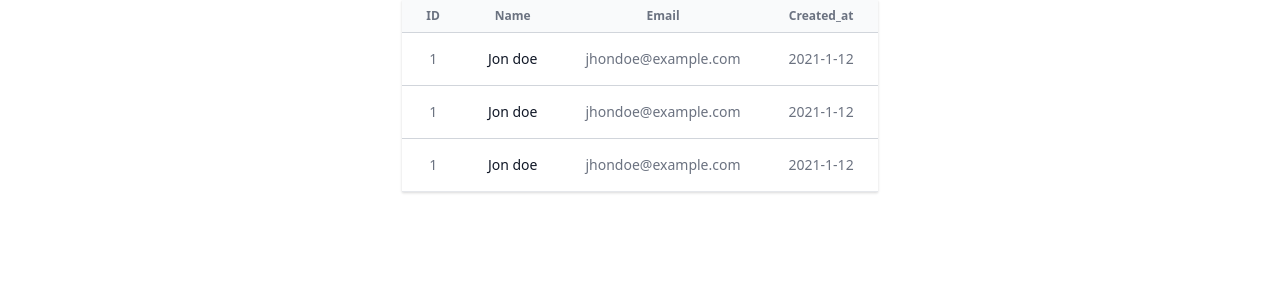
Repository: maikeru-desu/parking-lot
Page: / (app in parking-lot-fe/)
An editor plug-in stored every save of this project. The page is shown before and after a run of saves, followed by the edit.
The browser window is 1280 px wide. The pictures show the whole page.
The project was rebuilt for these pictures with package versions that can differ from the ones it lists, and the page was loaded fresh each time. Also part of the build but not shown: parking-lot-fe/craco.config.js.

Above is the page before, as saved 2021-10-13 23:37:32.

### parking-lot-fe/src/index.js
import React from 'react';
import ReactDOM from 'react-dom';
import './index.css';
import App from './App';
import {Provider} from "react-redux";
import {BrowserRouter} from "react-router-dom";
import reportWebVitals from './reportWebVitals';
import store from './redux/store';

ReactDOM.render(
    <React.StrictMode>
        <BrowserRouter>
            <Provider store={store}>
                <App />
            </Provider>
        </BrowserRouter>
    </React.StrictMode>,
    document.getElementById('root')
);

// If you want to start measuring performance in your app, pass a function
// to log results (for example: reportWebVitals(console.log))
// or send to an analytics endpoint. Learn more: https://bit.ly/CRA-vitals
reportWebVitals();

### parking-lot-fe/src/App.js
import logo from './logo.svg';
import './App.css';
import {Switch, Route} from "react-router-dom";
import Home from './pages/Home';

function App() {
  return (
    <div className="App">
        <Switch>
            <Route exact path="/" component={Home} />
        </Switch>
    </div>
  );
}

export default App;

### parking-lot-fe/src/redux/store.js
import {createStore, applyMiddleware} from "redux";
import logger from "redux-logger";
import reduxThunk from "redux-thunk";
import rootReducer from "./root-reducer";

const middlewares = [reduxThunk];

if (process.env.NODE_ENV === "development") {
    middlewares.push(logger)
}

const store = createStore(rootReducer, applyMiddleware(...middlewares));

export default store;

### parking-lot-fe/src/pages/Home.js
import React from 'react'

const Home = () => {
    return (
        <div className="container flex justify-center mx-auto">
            <div className="flex flex-col">
                <div className="w-full">
                    <div className="border-b border-gray-200 shadow">
                        <table className="divide-y divide-gray-300 ">
                            <thead className="bg-gray-50">
                                <tr>
                                    <th className="px-6 py-2 text-xs text-gray-500">
                                        ID
                                    </th>
                                    <th className="px-6 py-2 text-xs text-gray-500">
                                        Name
                                    </th>
                                    <th className="px-6 py-2 text-xs text-gray-500">
                                        Email
                                    </th>
                                    <th className="px-6 py-2 text-xs text-gray-500">
                                        Created_at
                                    </th>
                                </tr>
                            </thead>
                            <tbody className="bg-white divide-y divide-gray-300">
                                <tr className="whitespace-nowrap">
                                    <td className="px-6 py-4 text-sm text-gray-500">
                                        1
                                    </td>
                                    <td className="px-6 py-4">
                                        <div className="text-sm text-gray-900">
                                            Jon doe
                                        </div>
                                    </td>
                                    <td className="px-6 py-4">
                                        <div className="text-sm text-gray-500">jhondoe@example.com</div>
                                    </td>
                                    <td className="px-6 py-4 text-sm text-gray-500">
                                        2021-1-12
                                    </td>
                                </tr>
                                <tr className="whitespace-nowrap">
                                    <td className="px-6 py-4 text-sm text-gray-500">
                                        1
                                    </td>
                                    <td className="px-6 py-4">
                                        <div className="text-sm text-gray-900">
                                            Jon doe
                                        </div>
                                    </td>
                                    <td className="px-6 py-4">
                                        <div className="text-sm text-gray-500">jhondoe@example.com</div>
                                    </td>
                                    <td className="px-6 py-4 text-sm text-gray-500">
                                        2021-1-12
                                    </td>
                                </tr>
                                <tr className="whitespace-nowrap">
                                    <td className="px-6 py-4 text-sm text-gray-500">
                                        1
                                    </td>
                                    <td className="px-6 py-4">
                                        <div className="text-sm text-gray-900">
                                            Jon doe
                                        </div>
                                    </td>
                                    <td className="px-6 py-4">
                                        <div className="text-sm text-gray-500">jhondoe@example.com</div>
                                    </td>
                                    <td className="px-6 py-4 text-sm text-gray-500">
                                        2021-1-12
                                    </td>
                                </tr>
                            </tbody>
                        </table>
                    </div>
                </div>
            </div>
        </div>
    )
}

export default Home

### parking-lot-fe/src/redux/root-reducer.js
import {combineReducers} from "redux";
import eventsReducers from "./reducer";

const rootReducer = combineReducers({
    events: eventsReducers
});

export default rootReducer;

### parking-lot-fe/src/redux/reducer.js
const initialState = {
    events: [],
    event: {},
    loading: false
}

const eventsReducers = (state = initialState, action) => {
    switch (action.type) {
        default:
            return state;
    }
}

export default eventsReducers;

Loaded but not shown: parking-lot-fe/src/index.css (common file); parking-lot-fe/src/reportWebVitals.js (common file); parking-lot-fe/src/App.css (common file); parking-lot-fe/tailwind.config.js (common file)

After the next 3 saves:
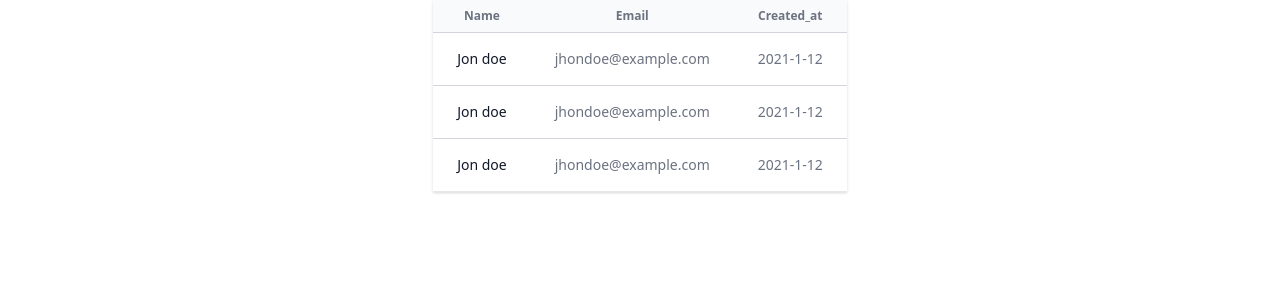
The 3 saves are shown as one change because they came seconds apart.
The last was saved 25 s later.
--- a/parking-lot-fe/src/pages/Home.js
+++ b/parking-lot-fe/src/pages/Home.js
@@ -9,9 +9,6 @@ const Home = () => {
                         <table className="divide-y divide-gray-300 ">
                             <thead className="bg-gray-50">
                                 <tr>
-                                    <th className="px-6 py-2 text-xs text-gray-500">
-                                        ID
-                                    </th>
                                     <th className="px-6 py-2 text-xs text-gray-500">
                                         Name
                                     </th>
@@ -25,9 +22,6 @@ const Home = () => {
                             </thead>
                             <tbody className="bg-white divide-y divide-gray-300">
                                 <tr className="whitespace-nowrap">
-                                    <td className="px-6 py-4 text-sm text-gray-500">
-                                        1
-                                    </td>
                                     <td className="px-6 py-4">
                                         <div className="text-sm text-gray-900">
                                             Jon doe
@@ -41,9 +35,6 @@ const Home = () => {
                                     </td>
                                 </tr>
                                 <tr className="whitespace-nowrap">
-                                    <td className="px-6 py-4 text-sm text-gray-500">
-                                        1
-                                    </td>
                                     <td className="px-6 py-4">
                                         <div className="text-sm text-gray-900">
                                             Jon doe
@@ -57,9 +48,6 @@ const Home = () => {
                                     </td>
                                 </tr>
                                 <tr className="whitespace-nowrap">
-                                    <td className="px-6 py-4 text-sm text-gray-500">
-                                        1
-                                    </td>
                                     <td className="px-6 py-4">
                                         <div className="text-sm text-gray-900">
                                             Jon doe
